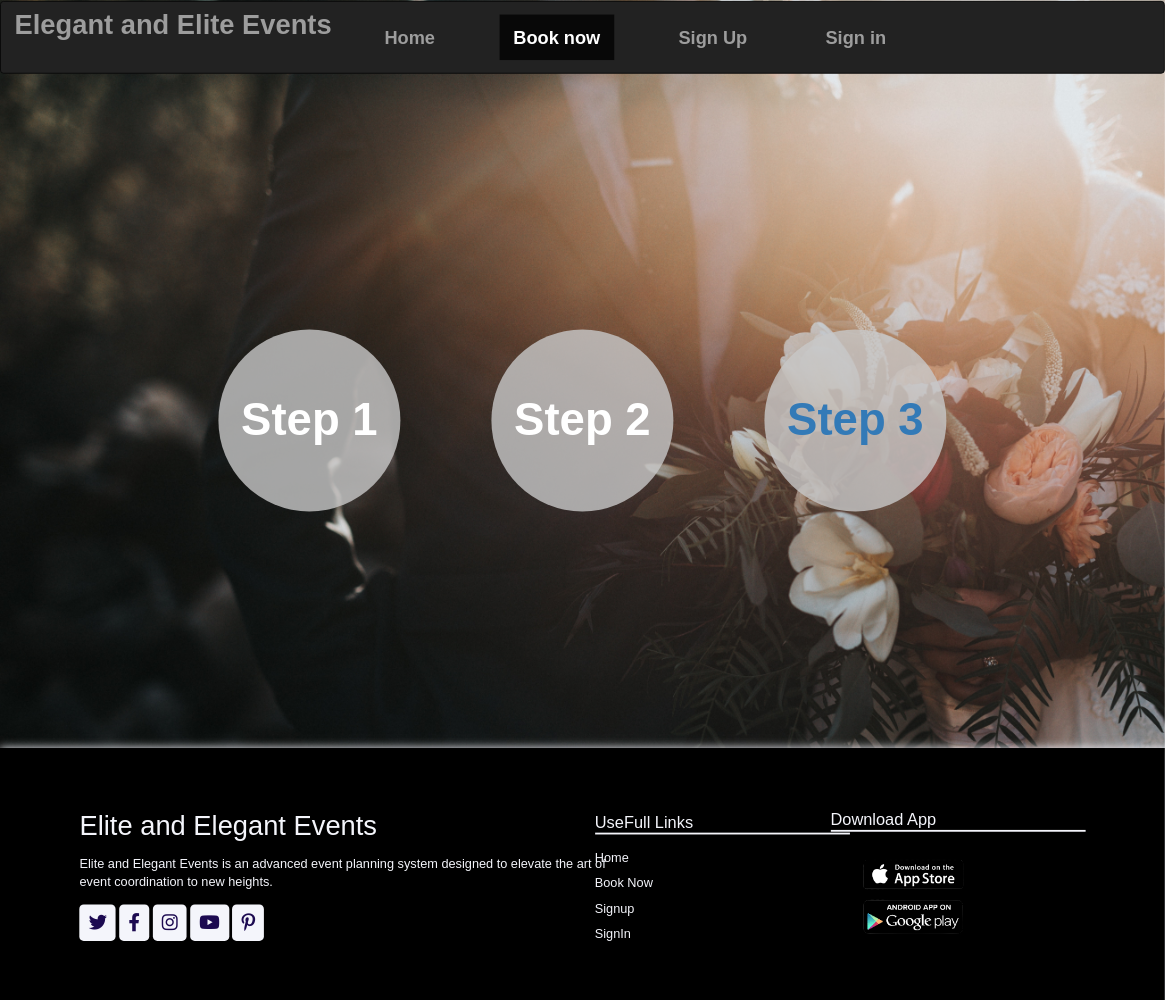
Repository: it22272690/Event-Planning-System
Page: http://localhost/PaymentDemo/Navigate.jsp
The author's editor kept a copy of each file at every save. The page is drawn from the files as they stood at one save, then again after the next save.
The browser window is 1280 px wide. The pictures show the whole page, at 91% of full size.
Some web fonts or font styles are not loaded; a fallback is used. The page is served by Tomcat 10.

Above is the page before, as saved 2023-10-24 08:49:20.

After the next save:
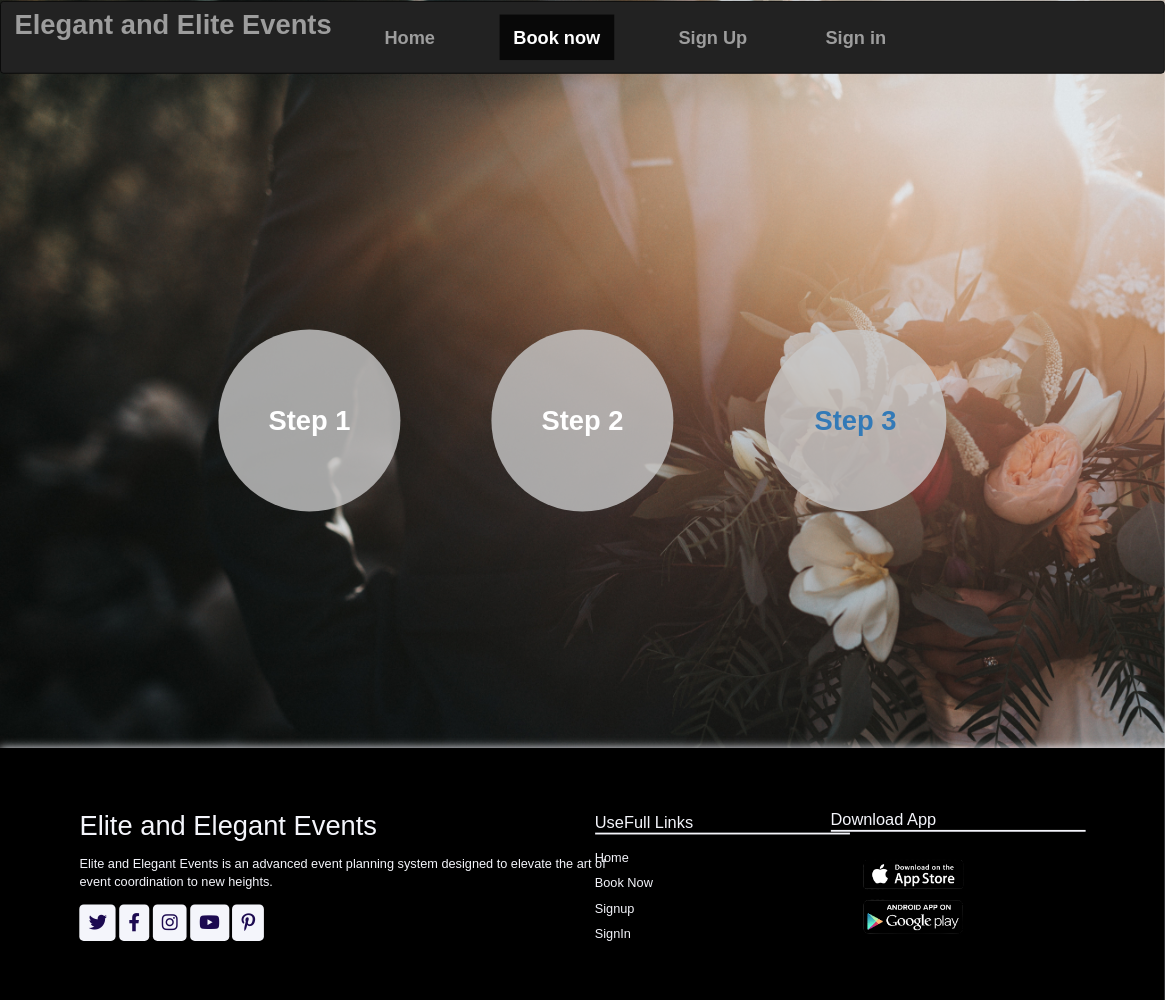
Saved 8 s later.
--- a/PaymentDemo/src/main/webapp/Navigate.jsp
+++ b/PaymentDemo/src/main/webapp/Navigate.jsp
@@ -84,7 +84,7 @@
             font-weight: bold;
             cursor: pointer;
             transition: background-color 0.3s;
-            font-size:50px;
+            font-size:30px;
         }
 
             .step:hover {
